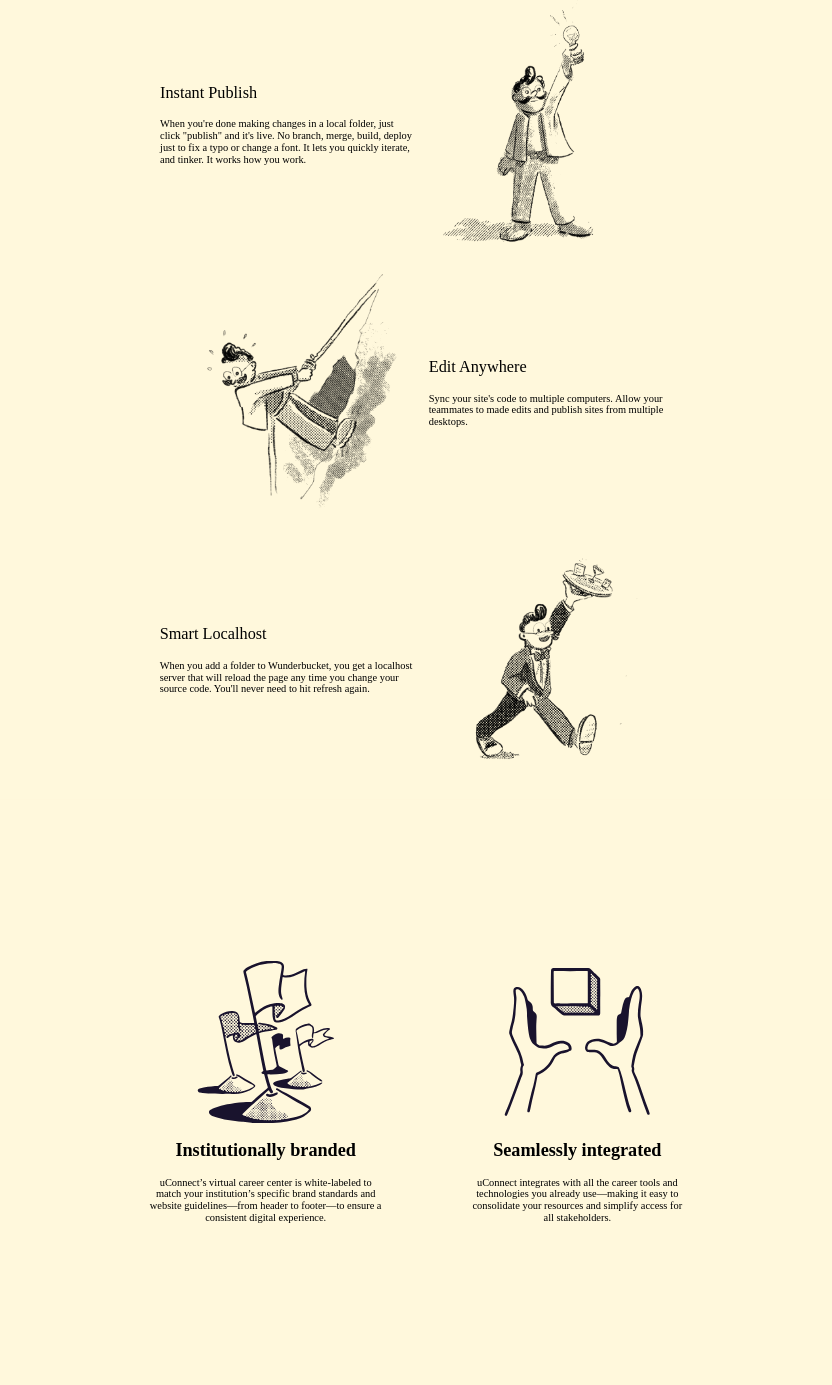
Repository: Pbemits/TEAMWORK-PROJECT-ONE
Page: index.html
An editor plug-in stored every save of this project. The page is shown before and after the next save, followed by the edit.
The browser window is 1280 px wide. The pictures show the whole page, at 65% of full size.
Some web fonts or font styles are not loaded; a fallback is used.

Above is the page before, as saved 2023-09-02 01:04:00.

After the next save:
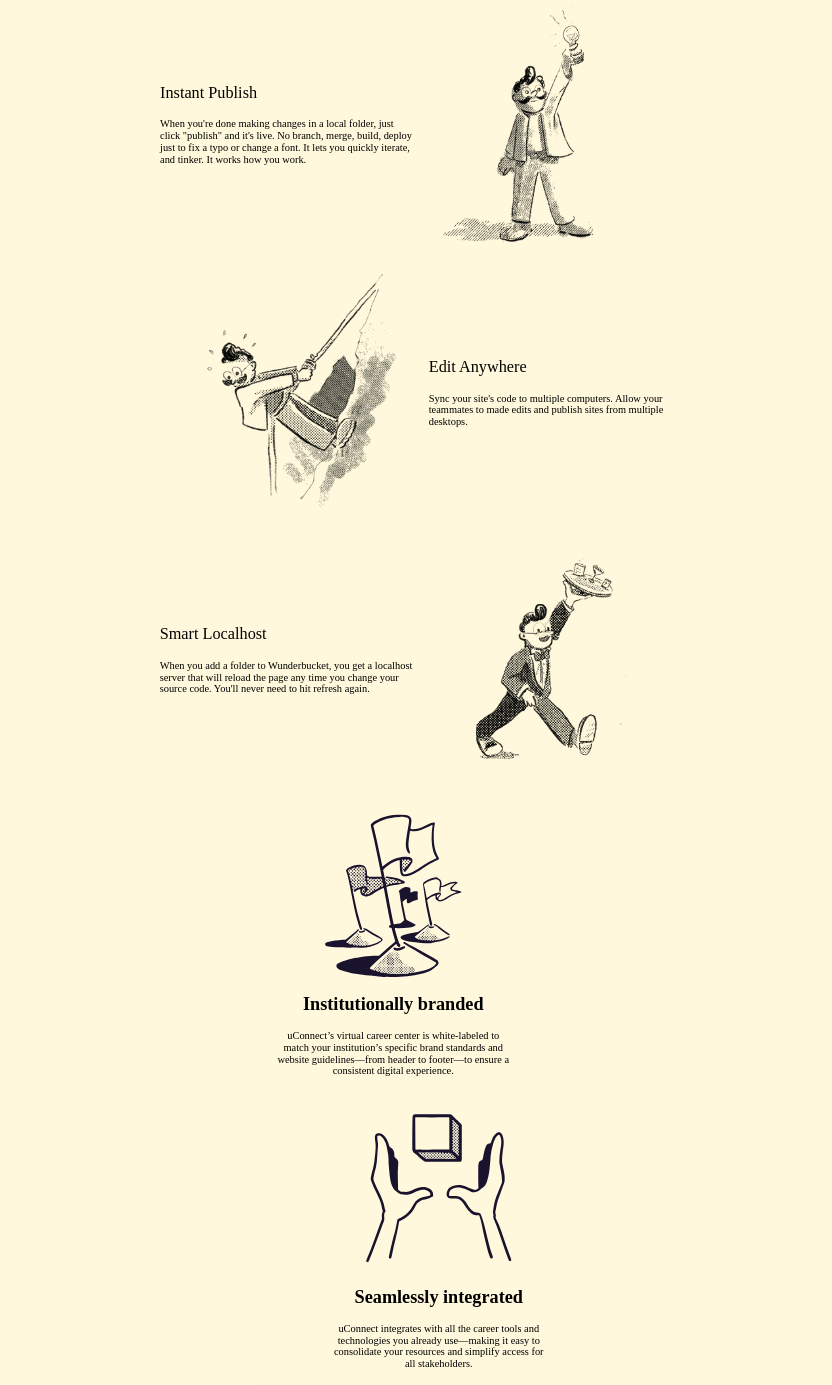
Saved 18 s later.
--- a/assets/css/main.css
+++ b/assets/css/main.css
@@ -104,6 +104,7 @@
 
 .content-section-add .content-wrapper-element-one {
     margin-right: 70px;
+    width: 80%;
 }
 
 .content-section-add .content-wrapper-element-two {
